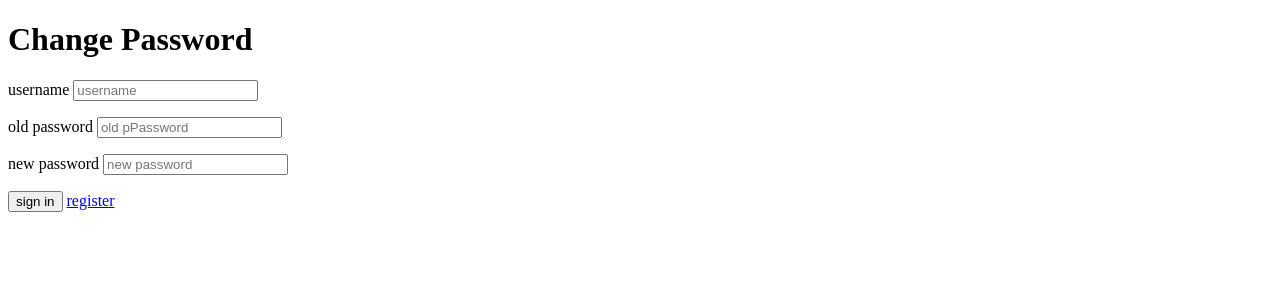
Repository: seantao97/publicProjects
Page: GuessTwoo/v8/Aptana Javascript/GuessTwooServer/views/change_password.html
The author's editor kept a copy of each file at every save. The page is drawn from the files as they stood at one save, then again after the next save.
The browser window is 1280 px wide. The pictures show the whole page.

Above is the page before, as saved 2016-07-18 02:02:38.

### GuessTwoo/v8/Aptana Javascript/GuessTwooServer/views/change_password.html
<!DOCTYPE HTML PUBLIC "-//W3C//DTD HTML 4.01 Transitional//EN"
"http://www.w3.org/TR/html4/loose.dtd">
<html xmlns="http://www.w3.org/1999/xhtml">
	<head>
		<meta http-equiv="Content-Type" content="text/html; charset=utf-8" />
		<title>Change Password</title>
	</head>
	<body>
		<h1>Change Password</h1>
		<form method="post" id="changePasswordForm" action="/signin">
			<p>
				<label for="username">username</label>
				<input type="text" name="username" id="username"
				placeholder="username"  maxlength=50 required="required"/>
			</p>
			<p>
				<label for="oldPassword">old password</label>
				<input type="text" name="oldPassword" id="oldPassword"
				placeholder="old pPassword" maxlength=50 required="required"/>
			</p>
			<p>
				<label for="newPassword1">new password</label>
				<input type="text" name="newPassword" id="newPassword"
				placeholder="new password" maxlength=50 required="required"/>
			</p>
			<!-- Confirm password to be implemented later
			<p>
				<label for="newPassword2">new password</label>
				<input type="text" name="newPassword2" id="newPassword2"
				placeholder="confirm new password" maxlength=50 required="required"/>
			</p>
			-->
			<p>
				<input type="submit" name="signin" id="signin" value="sign in"/>
				<a href="/signup" title="register">register</a>
			</p>

		</form>
	</body>
</html>

After the next save:
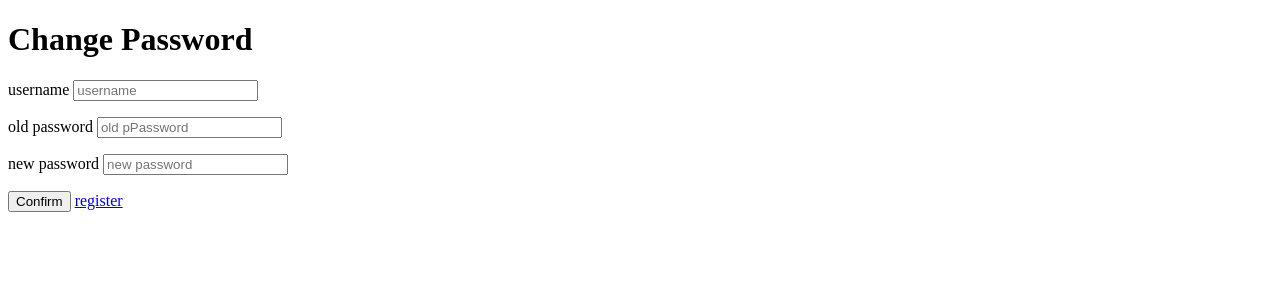
Saved 27 s later.
--- a/GuessTwoo/v8/Aptana Javascript/GuessTwooServer/views/change_password.html
+++ b/GuessTwoo/v8/Aptana Javascript/GuessTwooServer/views/change_password.html
@@ -31,7 +31,7 @@
 			</p>
 			-->
 			<p>
-				<input type="submit" name="signin" id="signin" value="sign in"/>
+				<input type="submit" name="changePassword" id="changePassword" value="Confirm"/>
 				<a href="/signup" title="register">register</a>
 			</p>
 
